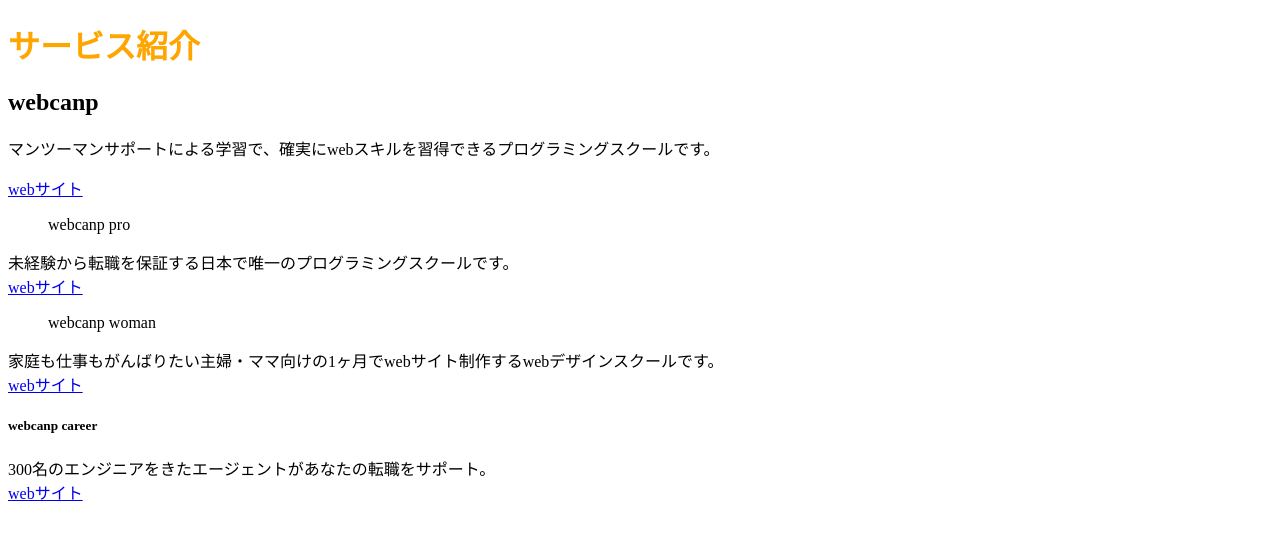
Repository: itoudaiki/git-practice
Page: sample/sample.html
The author's editor kept a record of every edit. The page is drawn from the files as they stood at one moment, then again after the next edit.
The browser window is 1280 px wide. The pictures show the whole page.

Above is the page before.

After the next edit:
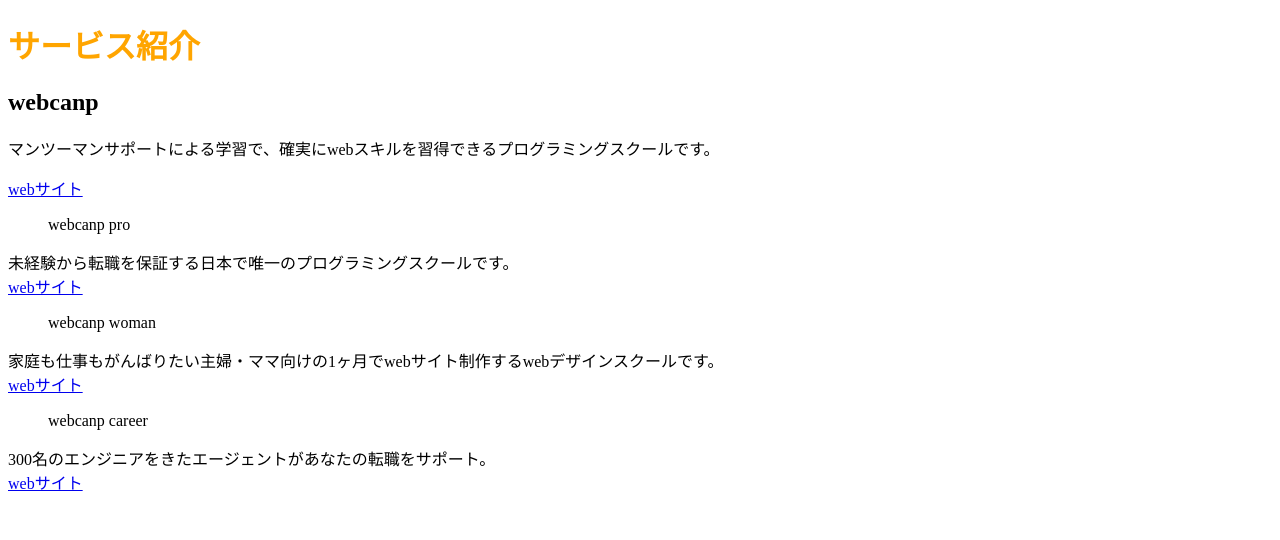
The edit:
--- a/sample/sample.html
+++ b/sample/sample.html
@@ -18,7 +18,7 @@
   <a>家庭も仕事もがんばりたい主婦・ママ向けの1ヶ月でwebサイト制作するwebデザインスクールです。</a>
   <br>
   <a href="https://web-camp.io/">webサイト</a>
-  <h5>webcanp career</h5>
+  <ul>webcanp career</ul>
   <a>300名のエンジニアをきたエージェントがあなたの転職をサポート。</a>
   <br>
   <a href="https://web-camp.io/">webサイト</a>
